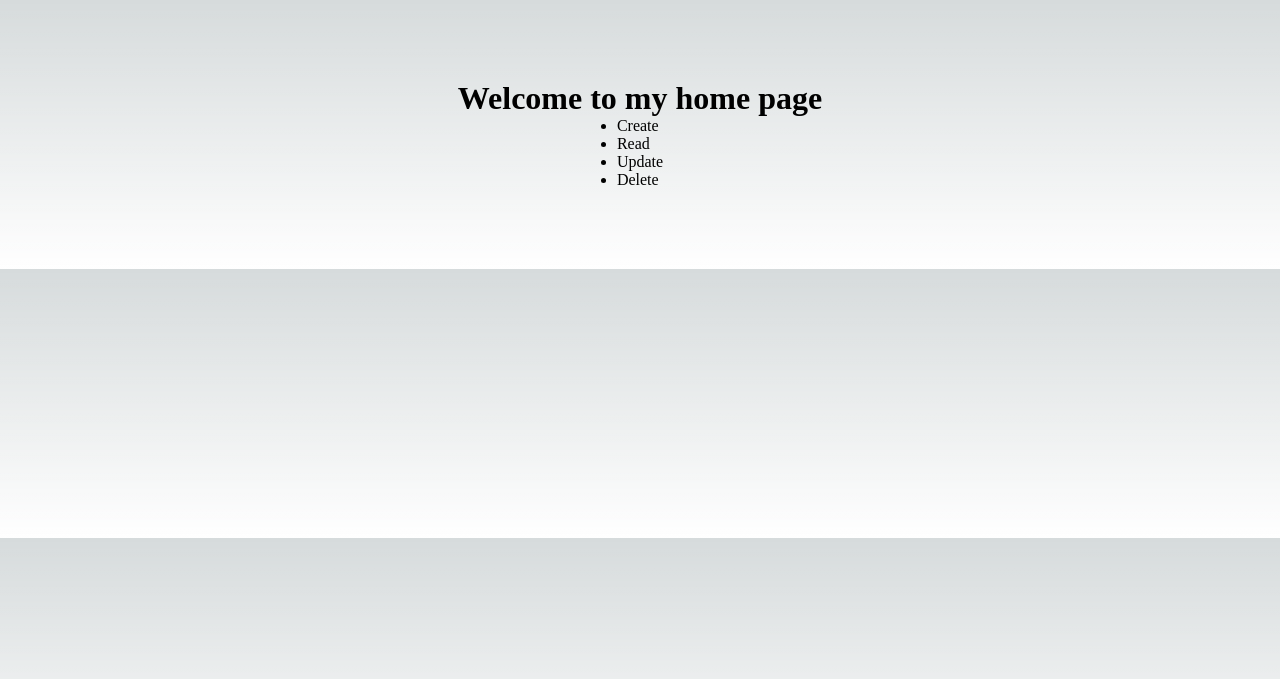
Repository: JacobSkilling-dot/playwright-example-week4
Page: /
An editor plug-in stored every save of this project. The page is shown before and after the next save, followed by the edit.
The browser window is 1280 px wide. The pictures show the whole page.
The project was rebuilt for these pictures with package versions that can differ from the ones it lists, and the page was loaded fresh each time. The framework's server and built-in components were replaced by stand-ins that run in the browser. Also part of the build but not shown: next.config.js.

Above is the page before, as saved 2023-01-23 11:01:24.

### pages/index.js
import Head from 'next/head'
import Image from 'next/image'
import { Inter } from '@next/font/google'
import styles from '@/styles/Home.module.css'

const inter = Inter({ subsets: ['latin'] })

export default function Home() {
  return (
    <>
      <Head>
        <title>Example #1</title>
        <meta name="description" content="Generated by create next app" />
        <meta name="viewport" content="width=device-width, initial-scale=1" />
        <link rel="icon" href="/favicon.ico" />
      </Head>
      <main className={styles.main}>
        <h1>Welcome to my home page</h1>
        <ul>
          <li>Create</li>
          <li>Read</li>
          <li>Update</li>
          <li>Delete</li>
        </ul>

      </main>
    </>
  )
}

### styles/Home.module.css


.container {
  min-height: 100vh;
  padding: 0 0.5rem;
  display: flex;
  flex-direction: column;
  justify-content: center;
  align-items: center;
}

.main {
  padding: 5rem 0;
  flex: 1;
  display: flex;
  flex-direction: column;
  justify-content: center;
  align-items: center;
}

.footer {
  width: 100%;
  height: 100px;
  border-top: 1px solid #eaeaea;
  display: flex;
  justify-content: center;
  align-items: center;
}

.footer a {
  display: flex;
  justify-content: center;
  align-items: center;
  flex-grow: 1;
}

.title a {
  color: #0070f3;
  text-decoration: none;
}

.title a:hover,
.title a:focus,
.title a:active {
  text-decoration: underline;
}

.title {
  margin: 0;
  line-height: 1.15;
  font-size: 4rem;
}

.title,
.description {
  text-align: center;
}

.description {
  line-height: 1.5;
  font-size: 1.5rem;
}

.code {
  background: #fafafa;
  border-radius: 5px;
  padding: 0.75rem;
  font-size: 1.1rem;
  font-family: Menlo, Monaco, Lucida Console, Liberation Mono, DejaVu Sans Mono,
    Bitstream Vera Sans Mono, Courier New, monospace;
}

.grid {
  display: flex;
  align-items: center;
  justify-content: center;
  flex-wrap: wrap;
  max-width: 800px;
  margin-top: 3rem;
}

.grid__container {
  display: grid;
  grid-template-columns: auto auto auto;
  background-color: #2196F3;
  padding: 10px;
}
.grid__item {
  background-color: rgba(255, 255, 255, 0.8);
  border: 1px solid rgba(0, 0, 0, 0.8);
  padding: 20px;
  font-size: 30px;
  text-align: center;
}

.card {
  margin: 1rem;
  padding: 1.5rem;
  text-align: left;
  color: inherit;
  text-decoration: none;
  border: 1px solid #eaeaea;
  border-radius: 10px;
  transition: color 0.15s ease, border-color 0.15s ease;
  width: 45%;
}

.card:hover,
.card:focus,
.card:active {
  color: #0070f3;
  border-color: #0070f3;
}

.card h2 {
  margin: 0 0 1rem 0;
  font-size: 1.5rem;
}

.card p {
  margin: 0;
  font-size: 1.25rem;
  line-height: 1.5;
}

.logo {
  height: 1em;
  margin-left: 0.5rem;
}

@media (max-width: 600px) {
  .grid {
    width: 100%;
    flex-direction: column;
  }
}

Loaded but not shown: pages/_app.js (common file); pages/_document.js (common file); styles/globals.css (common file)

After the next save:
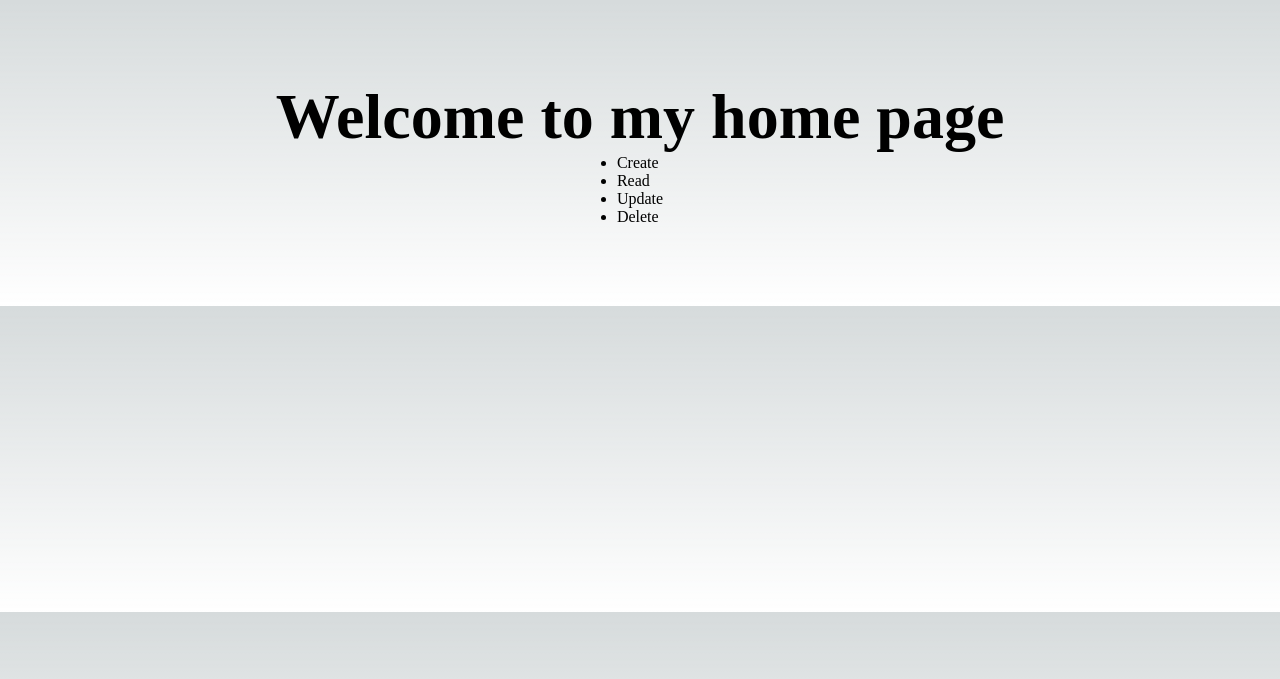
Saved 3 min 46 s later.
--- a/pages/index.js
+++ b/pages/index.js
@@ -15,7 +15,9 @@
         <link rel="icon" href="/favicon.ico" />
       </Head>
       <main className={styles.main}>
-        <h1>Welcome to my home page</h1>
+        <h1 className={styles.title}>
+        Welcome to my home page
+        </h1>
         <ul>
           <li>Create</li>
           <li>Read</li>
